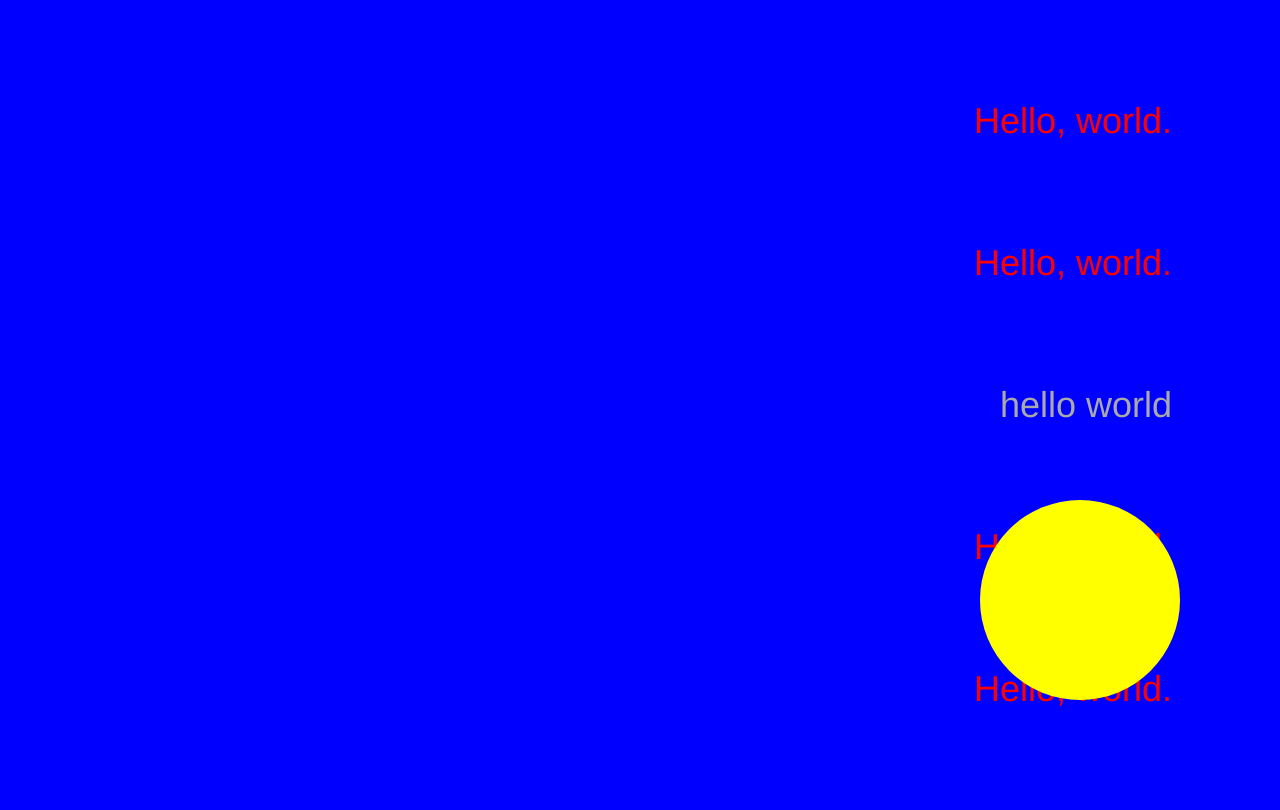
Repository: simj959/simj959.github.io
Page: index.html
The author's editor kept a record of every edit. The page is drawn from the files as they stood at one moment, then again after the next edit.
The browser window is 1280 px wide. The pictures show the whole page.

Above is the page before.

### index.html
<!DOCTYPE html>
<html>
	<head>
		<title>Hello, world.</title>
		<link href="style.css" rel="stylesheet">
	</head>
	<body>
<div class ="one">


</div>


		<p>Hello, world.</p>
		<p>Hello, world.</p>
		<p class="paragrph2">hello world</p>
		<p>Hello, world.</p>
		<p>Hello, world.</p>


	</body>
</html>

### style.css
body {
    background-color: blue;
    color: red;
    font-size: 36px;
    font-family: Helvetica, Arial, sans-serif;
    text-align: right;
}

p {
    margin: 100px;

}

.paragrph2 {
    color: #a9a9a9;
}

.one {
    width: 200px;
    height: 200px;
    background-color: yellow;
    position: absolute;
    bottom: 20px;
    right: 100px;
border-radius: 100px;


}

a:link {
    color: white;
    text-decoration: none;
}

a:visited {
    color: black;

}
a:hover {

}
}

After the next edit:
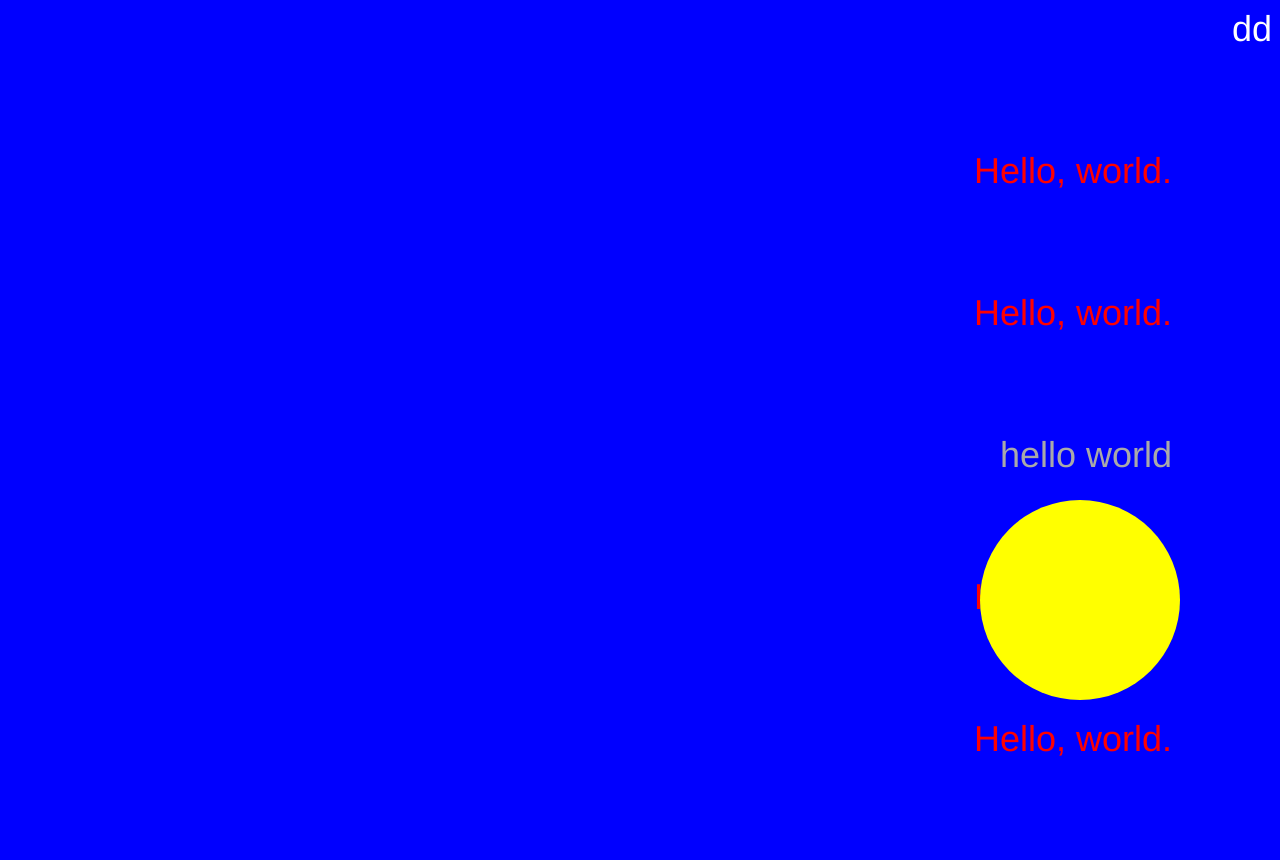
The edit:
--- a/index.html
+++ b/index.html
@@ -9,7 +9,7 @@
 
 
 </div>
-
+<a href="http://creativecomputing.me">dd</a>
 
 		<p>Hello, world.</p>
 		<p>Hello, world.</p>
